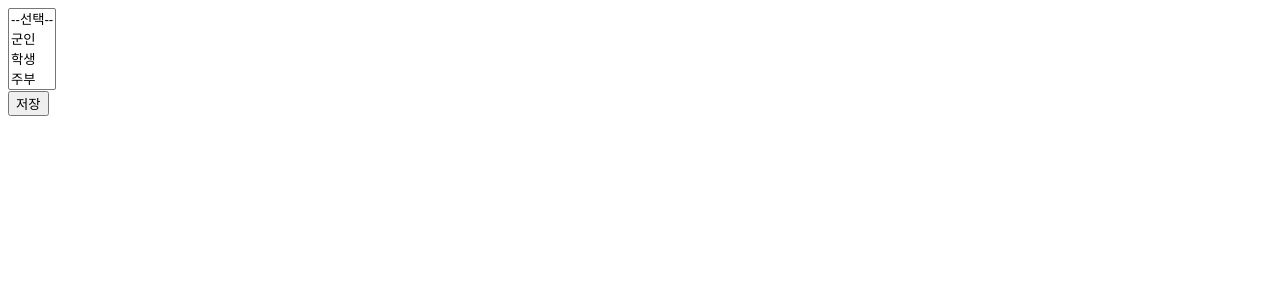
Repository: gunvv00/Java_practice
Page: html_work/html01/WebContent/form02.html
The author's editor kept a copy of each file at every save. The page is drawn from the files as they stood at one save, then again after the next save.
The browser window is 1280 px wide. The pictures show the whole page.

Above is the page before, as saved 2020-01-02 05:53:03.

### html_work/html01/WebContent/form02.html
<!DOCTYPE html>
<html>
<head>
<meta charset="UTF-8">
<title>Insert title here</title>
</head>
<body>
<form action="save.jsp" method="post" >
	<select name = "job" multiple>
		<option value="">--선택--</option>
		<option value="j1">군인</option>
		<option value="j2">학생</option>
		<option value="j3">주부</option>
	</select>
	<br/>
	<input type = "submit" value = "저장">
</form>

</body>
</html>

After the next save:
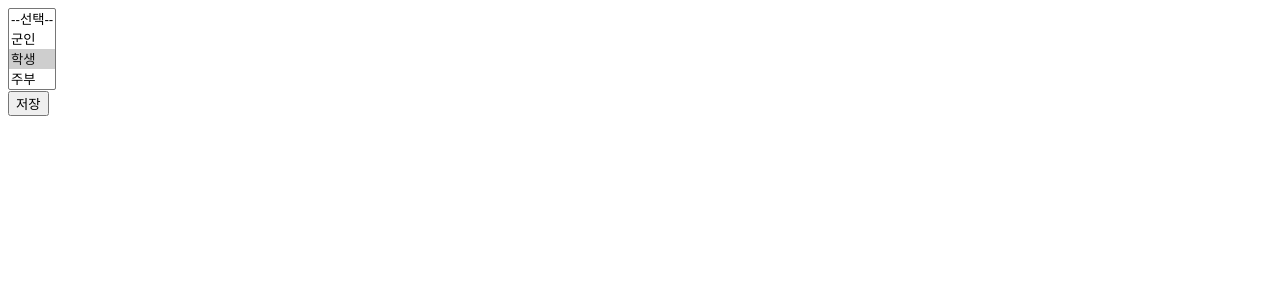
Saved 36 s later.
--- a/html_work/html01/WebContent/form02.html
+++ b/html_work/html01/WebContent/form02.html
@@ -9,7 +9,7 @@
 	<select name = "job" multiple>
 		<option value="">--선택--</option>
 		<option value="j1">군인</option>
-		<option value="j2">학생</option>
+		<option value="j2"selected>학생</option>
 		<option value="j3">주부</option>
 	</select>
 	<br/>
